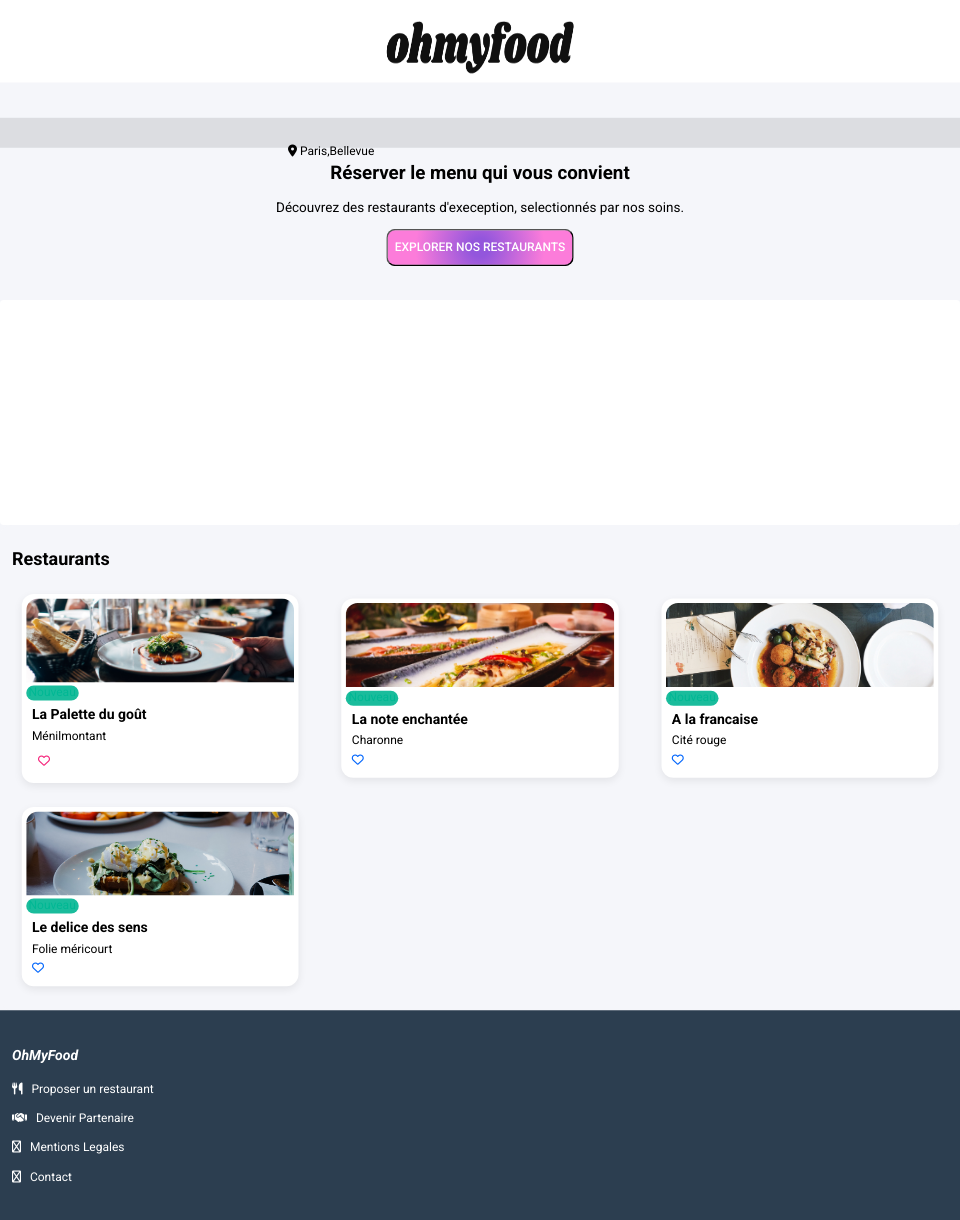
Repository: ultraasedev/ohmyfood
Page: index.html
These files come from the project's save history. The page is drawn as it stood at one moment and after the next save; the edit follows.
The browser window is 1280 px wide. The pictures show the whole page, at 75% of full size.
Some web fonts or font styles are not loaded; a fallback is used. Some web libraries are served in a nearby version.

Above is the page before, as saved 2022-10-27 18:26:56.

### index.html
<!doctype html>
<html lang="fr">
    <head>
        <meta charset="UTF-8">
        <meta name="viewport" content="width=device-width,minimum-scale=1,initial-scale=1,maximum-scale=2">

      <title>Ohmyfood!  - Home</title>
       <meta name="description" content="Ohmyfood! est une entreprise de commande de repas en ligne. Notre concept permet aux
       utilisateurs de composer leur propre menu et réduire leur temps d’attente dans les
       restaurants car leur menu est préparé à l’avance. Plus de perte de temps à consulter la carte"/>
       <meta property="og:site_name" content="Ohmyfood!  - est une entreprise de commande de repas en ligne. Notre concept permet aux
       utilisateurs de composer leur propre menu et réduire leur temps d’attente dans les
       restaurants car leur menu est préparé à l’avance. Plus de perte de temps à consulter la carte" />
       <meta property="og:description" content="est une entreprise de commande de repas en ligne. Notre concept permet aux
       utilisateurs de composer leur propre menu et réduire leur temps d’attente dans les
       restaurants car leur menu est préparé à l’avance. Plus de perte de temps à consulter la carte" />




       <link type="text/css" rel="stylesheet" href="css/normalize.css"/>
       <link type="text/css" rel="stylesheet" href="css/all.min.css"/>
       <link type="text/css" rel="stylesheet" href="css/fontawesome.min.css"/>
       <link rel="preconnect" href="https://fonts.googleapis.com">
        <link rel="preconnect" href="https://fonts.gstatic.com" crossorigin>
       <link href="https://fonts.googleapis.com/css2?family=Roboto:ital,wght@0,100;0,300;0,400;0,500;0,700;0,900;1,100;1,300;1,400;1,500;1,700;1,900&family=Shrikhand&display=swap" rel="stylesheet">
       <script   src="https://kit.fontawesome.com/f132f25ed3.js" crossorigin="anonymous"></script>

       <link type="text/css" rel="stylesheet" href="css/style.css" />



       </head>

       <body>
<!--Nav + Logo-->
   <div class="nav">
    <div class="logo">
      <img src="images/logo/ohmyfood.png" alt="Ohmyfood !" class="logo"/>
    </div>
   </div>


<!--Header-->
<header>
  <!--Location-->
 <div class="location">
  <div class="villeloca"><p><i class="fa-sharp fa-solid fa-location-dot"></i> Paris,Bellevue</p></div>
</div>

  <div class="head-cont">
    <h2>Réserver le menu qui vous convient</h2>
    <p>Découvrez des restaurants d'exeception, selectionnés par nos soins.</p>

    <button class="btn-nav">
      Explorer nos restaurants
    </button>
  </div>
</header>

<!--Fonctionnement-->
<section class="cont-fonc">


</section>
<!--Fonctionnement-->

<!--Restau 1-->
<section class="cont-art">
  <h2>Restaurants</h2>

  <!-- Card 1 -->
              <article class="resto-card">
                <a href="#">
                  <img
                    src="./images/restaurants/jay-wennington-N_Y88TWmGwA-unsplash.jpg"
                    alt="Photo de l'hébergement"
                  />
                  <div class="new">Nouveau</div>
                  <h3>La Palette du goût</h3>
                  <p>Ménilmontant</p>
                  <div class="stars">
                    <i class="fa-regular fa-heart active"></i>
                  </div>
                </a>
              </article>


               <!-- Card 2 -->
               <article class="resto-card">
                <a href="#">
                  <img
                    src="./images/restaurants/louis-hansel-shotsoflouis-qNBGVyOCY8Q-unsplash.jpg"
                    alt="Photo de l'hébergement"
                  />
                  <div class="new">Nouveau</div>
                  <h3>La note enchantée</h3>
                  <p>Charonne</p>
                  <div class="stars">
                    <i class="fa-regular fa-heart"></i>

                  </div>
                </a>
              </article>

               <!-- Card 3 -->
               <article class="resto-card">
                <a href="#">
                  <img
                    src="./images/restaurants/stil-u2Lp8tXIcjw-unsplash.jpg"
                    alt="Photo de l'hébergement"
                  />
                  <div class="new">Nouveau</div>
                  <h3>A la francaise</h3>
                  <p>Cité rouge</p>
                  <div class="stars">
                    <i class="fa-regular fa-heart"></i>
                  </div>
                </a>
              </article>

               <!-- Card 4 -->
               <article class="resto-card">
                <a href="#">
                  <img
                    src="./images/restaurants/toa-heftiba-DQKerTsQwi0-unsplash.jpg"
                    alt="Photo de l'hébergement"
                  />
                  <div class="new">Nouveau</div>
                  <h3>Le delice des sens</h3>
                  <p>Folie méricourt</p>
                  <div class="stars">
                    <i class="fa-regular fa-heart"></i>
                  </div>
                </a>
              </article>




</section>

<!--FOOTER-->
<footer>
  <div class="container-footer">
    <div class="card-footer">
      <h3 style="font-family: 'Roboto';font-weight: 700;font-style: italic;">OhMyFood</h3>
      <!--<img src="images/logo/ohmyfood.png" alt="Ohmyfood !" height="20px" width="80px" style="margin-bottom: 10px;"/>-->
      <a href="#"><i class="fa-solid fa-utensils"></i>&nbsp;&nbsp;&nbsp;Proposer un restaurant</a>
      <a href="#"><i class="fa-solid fa-handshake"></i>&nbsp;&nbsp;&nbsp;Devenir Partenaire</a>
      <a href="#"><i class="fa-regular fa-circle-info"></i>&nbsp;&nbsp;&nbsp;Mentions Legales</a>
      <a href="#"><i class="fa-regular fa-phone"></i>&nbsp;&nbsp;&nbsp;Contact</a>

    </div>

</footer>

### css/style.css
*{
    box-sizing: border-box;
    font-family: var(--fontall);
    max-width: 1380px;

}
:root{

  /*Font*/
  --fontall: 'Roboto', sans-serif;
  --fontlg: 'Shrikhand' , cursive;

  /*color*/
  --primary: #9356DC;
  --secon: #FF79DA;
  --tert: #99E2D0;

  --greybg: #f5f6fa;

}


body{
    background-color:  var(--greybg);
    font-family: var(--fontall);
}

/* Nav*/
.nav{
  display: flex;
  height: 130px;
  width: 100%;
  background-color: #fff;
  align-items: center;
  align-content: center;
  text-align: center;
  margin-bottom: 10px;
}
/*Logo*/
.logo{
  position: relative;
  align-items: center;
  align-content: center;
  text-align: center;
  margin-right: auto;
  margin-left: auto;
}
.logo img{
  height: 70px;
  width: 250px;
}
/*Header*/
header{
  position: absolute;
  height: 300px;
  width: 100%;
  background-color: #f5f6fa;
  align-items: center;
  align-content: center;
  text-align: center;
  margin-top: -30px;
}
/*Location*/
.location{
  position: flex;
  background-color: #dcdde1;
  height: 40px;
  margin-top: -8px;
  align-items: center;
  align-content: center;
  text-align: center;
}
.location .villeloca{
  position: absolute;
  align-items: center;
  align-content: center;
  text-align: center;
  left: 30%;
}

/*Head-Cont*/

.head-cont h2{
  font-size: 25px;
  font-weight: bold;

}
.head-cont p{
  font-size: 18px;
  font-weight: 400;

}
/*Btn-nav*/
.btn-nav{
  align-items: center;
  align-content: center;
  text-transform: uppercase;
  transition: 0.5s;
  background: rgb(147,86,220);
  background: radial-gradient(circle, rgba(147,86,220,1) 10%, rgba(252,124,218,1) 69%);
  z-index: -1;
  transition: transform 400ms ease-in;
  color: #fff;
  width: 250px;
  height: 50px;
  overflow: hidden;
  text-decoration: none;
  border-radius: 12px;
 font-weight: 500;

}
/*Fonctionnement*/
.cont-fonc{
  position: relative;
  background-color: #fff;
  height: 300px;
  margin-top: 270px;
  border-radius: 5px;
}


/* Content Article */
.cont-art{
  background-color: #f5f6fa;
  padding: 32px 16px;
  border-radius: 16px;
  display: grid;
  grid-template-columns: repeat(3, 1fr);
  gap: 32px;
  left: 10px;
}
.cont-art h2 {
  grid-column: 1/-1;
  margin: 0;
}
.cont-art .resto-card{
  background: white;
  padding: 6px;
  border-radius: 16px;
  margin: auto;
  box-shadow: rgba(0, 0, 0, 0.08) 0px 4px 12px;
  transition: 0.2s;
  width: calc(100% - 25px);
}
.cont-art .resto-card .new{
  background-color: #1abc9c;
  color: #00b894;
  height: 20px;
  width: 70px;
  text-align: center;
  border-radius: 10px;
}
.cont-art .resto-card img {
  width: 255px;
  border-radius: 16px 16px 0 0;
  height: 112px;
  object-fit: cover;
  width: 100%;
}
.cont-art .resto-card a {
  text-decoration: none;
  color: inherit;
}

.cont-art .resto-card h3 {
  margin: 8px 8px 8px;
}

.cont-art .resto-card p {
  margin: 8px 8px 8px;
}

.cont-art .resto-card .stars {
  margin: 8px 8px 8px;
  color: #0065fc;
}
.cont-art .resto-card .stars .active{
  margin: 8px 8px 8px;
  color: #f52179;
}

/*FOOTER*/
footer {
  background-color: #2c3e50;
  padding: 32px 16px;
  color: #fff;
}
.container-footer {
  display: flex;
  max-width: 1330px;
  margin: auto;
  font-family: "Raleway", sans-serif;
  gap: 16px;
}
.card-footer {
  display: flex;
  flex-direction: column;
  min-width: 30%;
}

.card-footer a {
  margin-top: 5px;
  margin-bottom: 16px;
  text-decoration: none;
  color: inherit;
}

.card-footer a:hover {
  text-decoration: underline !important;
}

Loaded but not shown: css/normalize.css (library); css/all.min.css (library); css/fontawesome.min.css (library)

After the next save:
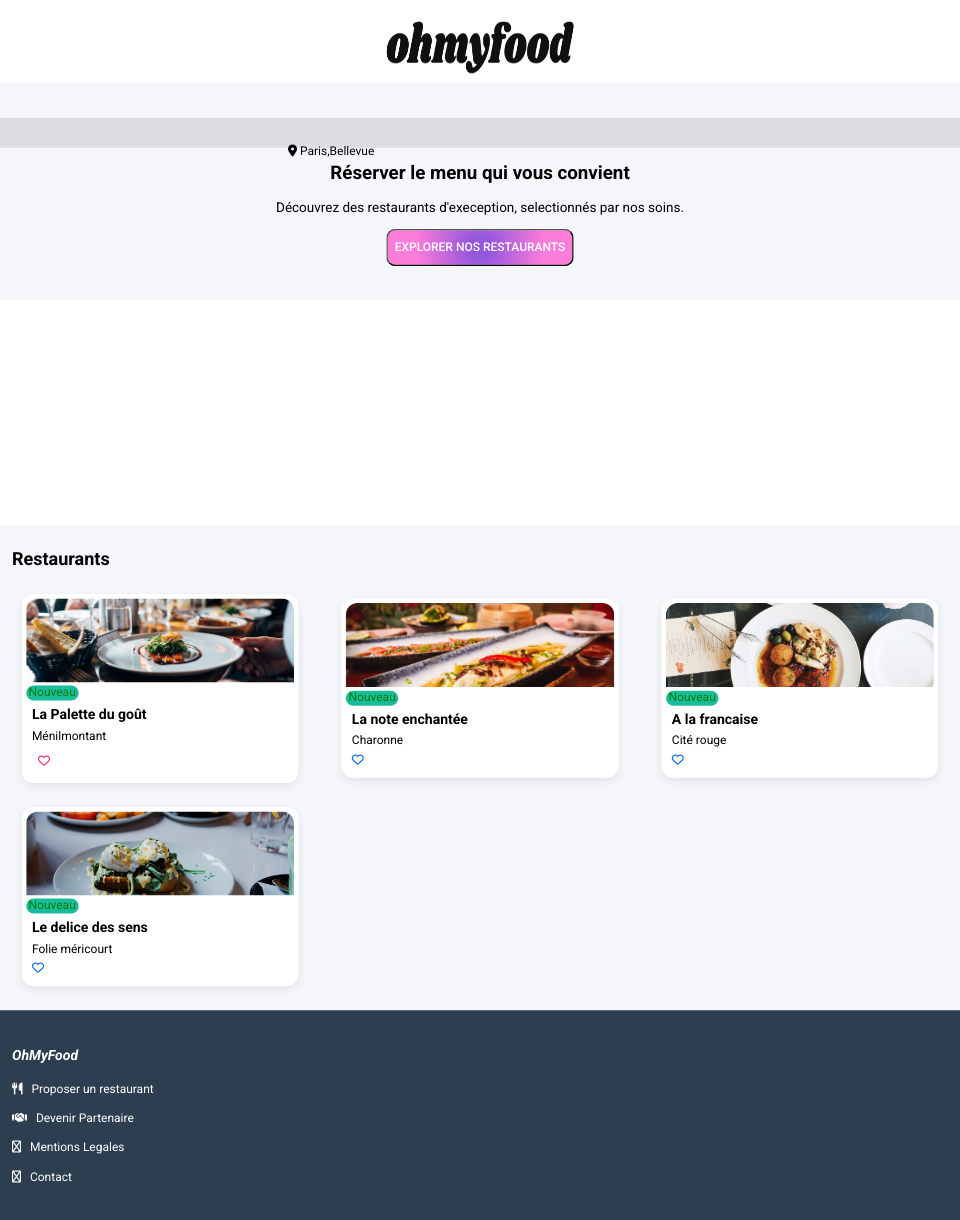
Saved 17 s later.
--- a/css/style.css
+++ b/css/style.css
@@ -144,7 +144,7 @@ header{
 }
 .cont-art .resto-card .new{
   background-color: #1abc9c;
-  color: #00b894;
+  color: green;
   height: 20px;
   width: 70px;
   text-align: center;
